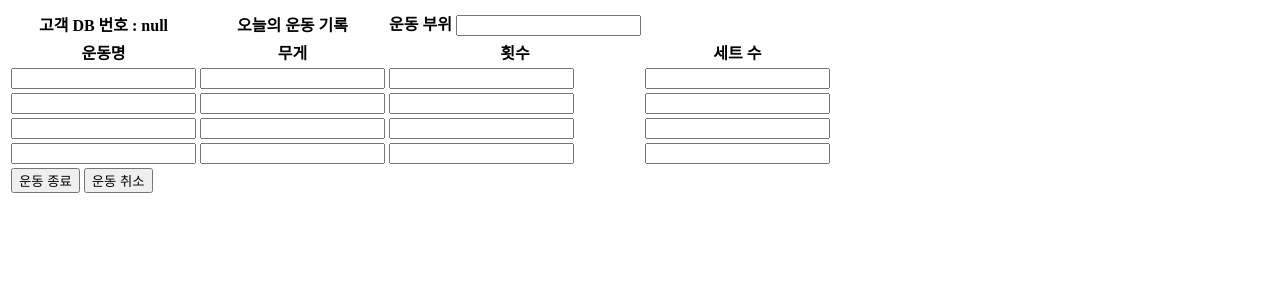
Repository: Up-Min/hrdkorea
Page: http://localhost/jsp_workout/start
These files come from the project's save history. The page is drawn as it stood at one moment and after the next save; the edit follows.
The browser window is 1280 px wide. The pictures show the whole page.
The page is served by Tomcat 9. Other server files are loaded and not shown.

Above is the page before, as saved 2022-12-28 05:45:42.

### jsp_workout/src/main/webapp/wk_insert.jsp
<%@ page language="java" contentType="text/html; charset=UTF-8"
	pageEncoding="UTF-8"%>
	    <%@ taglib prefix="c" uri="http://java.sun.com/jsp/jstl/core"%>
<!DOCTYPE html>
<html>
<head>
<meta charset="UTF-8">
<title>Insert title here </title>
</head>
<body>
	<% String num = request.getParameter("num"); %>

	<div class="workout">
		<form name="wk_insert" action="insert">
		<div class="day">
			<table>
				<tr>
				<th> 고객 DB 번호 : <%=num %> </th>
				<th> 오늘의 운동 기록</th>
				<th> 운동 부위
				<input type = "text" name = "wk_part" maxlength = "20">
				 </th>
				</tr>
				<tr>
				<th> 운동명 </th>
				<th> 무게 </th>
				<th> 횟수 </th>
				<th> 세트 수 </th>
				</tr>
				<tr>
				<td><input type = "text" name = "ex_name" maxlength = "20"></td>
				<td><input type = "text" name = "ex_weight" maxlength = "20"></td>
				<td><input type = "text" name = "ex_reps" maxlength = "20"></td>
				<td><input type = "text" name = "ex_sets" maxlength = "20"></td>
				</tr>
				<tr>
				<td><input type = "text" name = "ex_name" maxlength = "20"></td>
				<td><input type = "text" name = "ex_weight" maxlength = "20"></td>
				<td><input type = "text" name = "ex_reps" maxlength = "20"></td>
				<td><input type = "text" name = "ex_sets" maxlength = "20"></td>
				</tr>
				<tr>
				<td><input type = "text" name = "ex_name" maxlength = "20"></td>
				<td><input type = "text" name = "ex_weight" maxlength = "20"></td>
				<td><input type = "text" name = "ex_reps" maxlength = "20"></td>
				<td><input type = "text" name = "ex_sets" maxlength = "20"></td>
				</tr>
				<tr>
				<td><input type = "text" name = "ex_name" maxlength = "20"></td>
				<td><input type = "text" name = "ex_weight" maxlength = "20"></td>
				<td><input type = "text" name = "ex_reps" maxlength = "20"></td>
				<td><input type = "text" name = "ex_sets" maxlength = "20"></td>
				</tr>
				<tr>
				 <td colspan="1">
					<button onclick = "chk_form(); return false;"> 운동 종료 </button>
					<button onclick = "chk_cancel(); return false;"> 운동 취소 </button>
				 </td>
				</tr>

			</table>
		</div>


		</form>
	</div>

	<script type="text/javascript" src = "./script.js"></script>
</body>
</html>

### jsp_workout/src/main/java/Controller/wk_Controller.java
package Controller;

import java.io.IOException;
import java.io.PrintWriter;
import java.sql.SQLException;
import java.util.List;

import javax.servlet.ServletConfig;
import javax.servlet.ServletContext;
import javax.servlet.ServletException;
import javax.servlet.annotation.WebServlet;
import javax.servlet.http.HttpServlet;
import javax.servlet.http.HttpServletRequest;
import javax.servlet.http.HttpServletResponse;

import org.apache.commons.beanutils.BeanUtils;

import DAO.wk_DAO;
import DTO.logininfo;

/**
 * Servlet implementation class wk_Controller
 */
@WebServlet("/")
public class wk_Controller extends HttpServlet {
	private static final long serialVersionUID = 1L;
    private wk_DAO dao;
    private ServletContext ctx;


    @Override
	public void init(ServletConfig config) throws ServletException {
		super.init(config);
		dao = new wk_DAO();
		ctx = getServletContext();
	}

	public wk_Controller() {
        super();
    }

	protected void doGet(HttpServletRequest request, HttpServletResponse response) throws ServletException, IOException {
		request.setCharacterEncoding("UTF-8");
		doIt(request, response);
	}

	protected void doPost(HttpServletRequest request, HttpServletResponse response) throws ServletException, IOException {
		request.setCharacterEncoding("UTF-8");
		doIt(request, response);
	}

	protected void doIt(HttpServletRequest request, HttpServletResponse response) throws ServletException, IOException {
		String context = request.getContextPath();
		String command = request.getServletPath();
		String site = null;


		switch (command) {
		case "/index" : site = "index.jsp"; break;
		case "/signup": site = signUp(request); break;
		case "/signin": site = signIn(request, response); break;
		case "/main" : site = "main.jsp"; break;
		case "/start" : site = "wk_insert.jsp"; break;
		case "/insert" : site = insertWorkout(request); break;

		}

		if(site.startsWith("redirect:/")) { // "" 안에 시작하는 문자열을 찾아준다.
			String rview = site.substring("redirect:/".length());
			System.out.println(rview);
			response.sendRedirect(rview);
		}else{
			ctx.getRequestDispatcher("/"+site).forward(request, response);
		}
	}

	public String signUp(HttpServletRequest request) {
		logininfo l = new logininfo();
		try {
			BeanUtils.populate(l, request.getParameterMap());
			dao.signUp(l);
		} catch(Exception e) {
			e.printStackTrace();
		}
		System.out.println("index");
		return "redirect:/index";
	}


	public String signIn(HttpServletRequest request, HttpServletResponse response) {
		try {
			String id = request.getParameter("user_id");
			String num = request.getParameter("user_number");
			logininfo l = dao.signIn(request);

			if(id.equals(l.getUser_id()))  {
				request.setAttribute("id", l.getUser_id());
				request.setAttribute("num",l.getUser_number());
				return "main";
			}else {
				response.setContentType("text/html; charset=UTF-8");
				PrintWriter out = response.getWriter();
				out.print("<script>");
				out.print("alert('로그인 정보가 정확하지 않습니다.'); location.href = 'index.jsp';");
				out.print("</script>");
				out.flush();

			}
		} catch(Exception e) {
			e.printStackTrace();
		}
		System.out.println("con_signin");
		return "main";
	}

	public String insertWorkout (HttpServletRequest request) {
		try {
			dao.insertWorkout(request);
		} catch (SQLException e) {
			// TODO Auto-generated catch block
			e.printStackTrace();
		}
		return "main";
	}


}

### jsp_workout/src/main/webapp/script.js
/**
 *
 */

 function signup(){
	 var f = document.signup_form;

	 if(f.user_id == ''){
		 alert ("아이디를 입력해 주십시오.");
		 return false;
	 }
	 if(f.user_pwd == ''){
		 alert ("비밀번호를 입력해 주십시오.");
		 return false;
	 }
	 if(f.user_email == ''){
		 alert ("이메일 주소를 입력해 주십시오.");
		 return false;
	 }

	 alert("회원가입이 완료 되었습니다!");
	 f.submit();
 }

 function chk_form(){
	 var f = document.wk_insert;
	 f.submit();
 }

 function chk_cancel(){
	 alert("하시던 운동을 취소하시겠습니까?");
	 location.href = "/jsp_workout/main";
 }

After the next save:
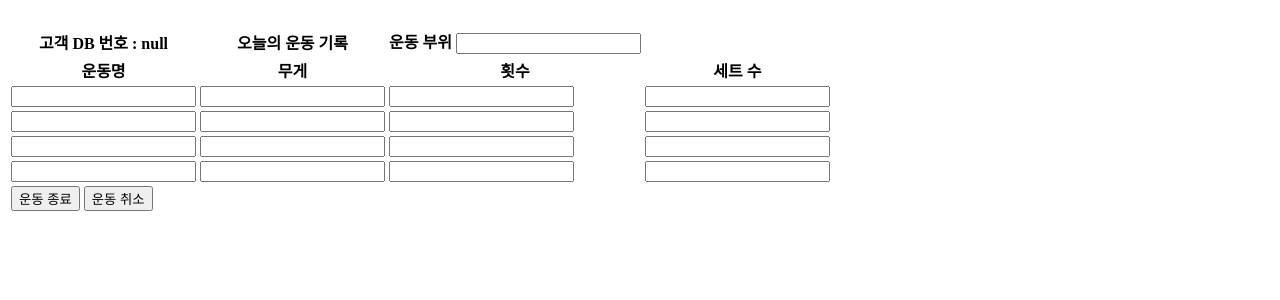
Saved 20 s later.
--- a/jsp_workout/src/main/webapp/wk_insert.jsp
+++ b/jsp_workout/src/main/webapp/wk_insert.jsp
@@ -16,7 +16,7 @@
 			<table>
 				<tr>
 				<th> 고객 DB 번호 : <%=num %> </th>
-				<th> 오늘의 운동 기록</th>
+				<th> 오늘의 운동 기록</th> <br>
 				<th> 운동 부위
 				<input type = "text" name = "wk_part" maxlength = "20">
 				 </th>

After the save that followed:
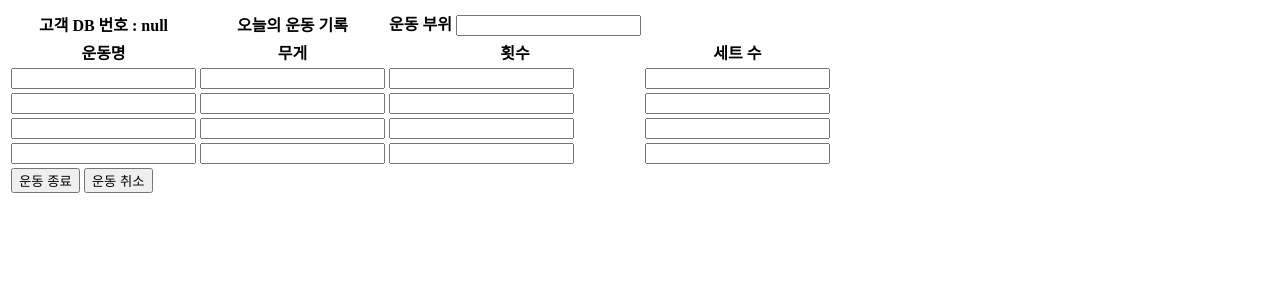
Saved 9 s later.
--- a/jsp_workout/src/main/webapp/wk_insert.jsp
+++ b/jsp_workout/src/main/webapp/wk_insert.jsp
@@ -16,7 +16,7 @@
 			<table>
 				<tr>
 				<th> 고객 DB 번호 : <%=num %> </th>
-				<th> 오늘의 운동 기록</th> <br>
+				<th> 오늘의 운동 기록</th>
 				<th> 운동 부위
 				<input type = "text" name = "wk_part" maxlength = "20">
 				 </th>
